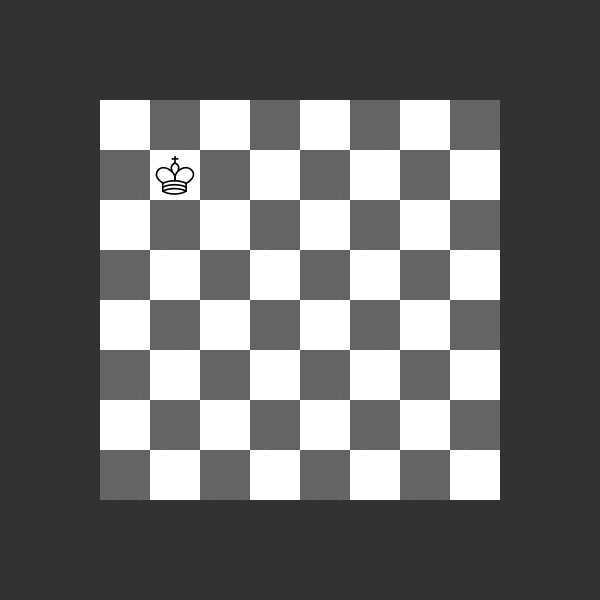
Repository: a-longe/capstone
Script's output: python engine/pygame_board.py
The author's editor kept a copy of each file at every save. The script's output is drawn from the files as they stood at one save, then again after a run of saves.
The window is shown after at most 60 frames with no key pressed. Random numbers start from a fixed seed. It also reads engine/images/btile.png, engine/images/wK.png, engine/images/wtile.png.

Above is the script's output before, as saved 2023-11-25 16:45:09.

### engine/pygame_board.py
import pygame as pg
from my_utils import row_index_to_legend
from my_utils import is_odd, column_letter_to_index
from os import path, environ
from sys import exit

WINDOW_WIDTH = 600
WINDOW_HEIGHT = 600

SQUARE_SIZE = 50

BOARD_SIZE = 8

BG_COLOR = (50, 50, 50)

a8, a7, a6, a5, a4, a3, a2, a1 = (100, 100), (100, 150), (100, 200), (100, 250), (100, 300), (100, 350), (100, 400), (100, 450)
b8, b7, b6, b5, b4, b3, b2, b1 = (150, 100), (150, 150), (150, 200), (150, 250), (150, 300), (150, 350), (150, 400), (150, 450)
c8, c7, c6, c5, c4, c3, c2, c1 = (200, 100), (200, 150), (200, 200), (200, 250), (200, 300), (200, 350), (200, 400), (200, 450)
d8, d7, d6, d5, d4, d3, d2, d1 = (250, 100), (250, 150), (250, 200), (250, 250), (250, 300), (250, 350), (250, 400), (250, 450)
e8, e7, e6, e5, e4, e3, e2, e1 = (300, 100), (300, 150), (300, 200), (300, 250), (300, 300), (300, 350), (300, 400), (300, 450)
f8, f7, f6, f5, f4, f3, f2, f1 = (350, 100), (350, 150), (350, 200), (350, 250), (350, 300), (350, 350), (350, 400), (350, 450)
g8, g7, g6, g5, g4, g3, g2, g1 = (400, 100), (400, 150), (400, 200), (400, 250), (400, 300), (400, 350), (400, 400), (400, 450)
h8, h7, h6, h5, h4, h3, h2, h1 = (450, 100), (450, 150), (450, 200), (450, 250), (450, 300), (450, 350), (450, 400), (450, 450)

BOARD_RECT = (
    (a8, b8, c8, d8, e8, f8, g8, h8),
    (a7, b7, c7, d7, e7, f7, g7, h7),
    (a6, b6, c6, d6, e6, f6, g6, h6),
    (a5, b5, c5, d5, e5, f5, g5, h5),
    (a4, b4, c4, d4, e4, f4, g4, h4),
    (a3, b3, c3, d3, e3, f3, g3, h3),
    (a2, b2, c2, d2, e2, f2, g2, h2),
    (a1, b1, c1, d1, e1, f1, g1, h1)
)


IMAGE_DIR = path.join(path.dirname(path.abspath(__file__)), 'images')

w_tile_img = pg.image.load(path.join(IMAGE_DIR, 'wtile.png'))
b_tile_img = pg.image.load(path.join(IMAGE_DIR, 'btile.png'))

fps = pg.time.Clock()

def get_piece_img(glyph:str) -> pg.Surface:
    if glyph.isupper():
        color = 'w'
    else:
        color = 'b'
    piece_type = glyph.upper()
    return pg.image.load(path.join(IMAGE_DIR, f"{color}{piece_type}.png"))

def create_checkerboard() -> pg.Surface:
    checkerboard = pg.display.set_mode((WINDOW_WIDTH, WINDOW_HEIGHT))
    checkerboard.fill(BG_COLOR)
    for i in range(1, BOARD_SIZE + 1):
        for j in range(1, BOARD_SIZE + 1):
            if is_odd(i):
                if is_odd(j):
                    checkerboard.blit(w_tile_img, BOARD_RECT[i - 1][j - 1])
                else:
                    checkerboard.blit(b_tile_img, BOARD_RECT[i - 1][j - 1])
            elif not is_odd(i):
                if is_odd(j):
                    checkerboard.blit(b_tile_img, BOARD_RECT[i - 1][j - 1])
                else:
                    checkerboard.blit(w_tile_img, BOARD_RECT[i - 1][j - 1])
    return checkerboard

def board_position_to_cords(position:str) -> tuple[int, int]:
    column, row = position[0], int(position[1])
    board_rect_row_index = 8 - row
    board_rect_column_index = column_letter_to_index[column]
    coordinates = BOARD_RECT[board_rect_row_index][board_rect_column_index]
    return coordinates


def cords_to_board_position(x, y) -> str:
    is_found = False
    board_cords = BOARD_RECT
    row_location:int = 0
    square_location:int = 0
    for row_index, row in enumerate(board_cords):
        if is_found: break
        for square_index, square in enumerate(row):
            x_min = square[0]
            y_min = square[1]
            x_max = x_min + SQUARE_SIZE
            y_max = y_min + SQUARE_SIZE
            # print(f"x: {x_min} <= {x} < {x_max}")
            # print(f"y: {y_min} <= {y} < {y_max}")
            # print(f"cords: {square}")
            if x >= x_min and x < x_max:
                if y >= y_min and y < y_max:
                    is_found = True
                    row_location = row_index
                    square_location = square_index
                    break
    if not is_found: return "OOB"
    # convert location_indecies into a string
    # print(row_location, square_location)
    return f'{row_index_to_legend[square_location]}{8 - (row_location)}'


def display_piece(surface:pg.Surface, glyph:str, cords:tuple[int, int]) -> None:
    piece_img = get_piece_img(glyph)
    surface.blit(piece_img, cords)

def get_mouse_pos() -> tuple[int, int]:
    return pg.mouse.get_pos()

def terminate():
    pg.quit()
    exit()


def check_for_quit():
    for _ in pg.event.get(pg.QUIT): # rust am i right
        terminate()
    for event in pg.event.get(pg.KEYUP):
        if event.key == pg.K_ESCAPE:
            terminate()
        pg.event.post(event)


if __name__ == '__main__':
    environ['SDL_VIDEO_CENTERED'] = '1'
    pg.init()
    checkerboard = create_checkerboard()
    display_piece(checkerboard, 'K', board_position_to_cords('b7'))
    while True:
        if pg.mouse.get_pressed()[0]:
            print(get_mouse_pos())
            checkerboard = create_checkerboard()
            display_piece(checkerboard, 'q', board_position_to_cords('b6'))
            display_piece(checkerboard, 'P', get_mouse_pos())

        check_for_quit()
        pg.display.update()
        fps.tick()

### engine/my_utils.py
row_index_to_legend = {
	0:8,
	1:7,
	2:6,
	3:5,
	4:4,
	5:3,
	6:2,
	7:1
}

row_legend_to_index = {v:k for (k,v) in row_index_to_legend.items()}

column_index_to_letter = {
	0: 'a',
	1: 'b',
	2: 'c',
	3: 'd',
	4: 'e',
	5: 'f',
	6: 'g',
	7: 'h'
}

column_letter_to_index = {v:k for (k, v) in column_index_to_letter.items()}

def is_odd(num:int) -> bool:
    return num % 2 != 0

After the next 2 saves:
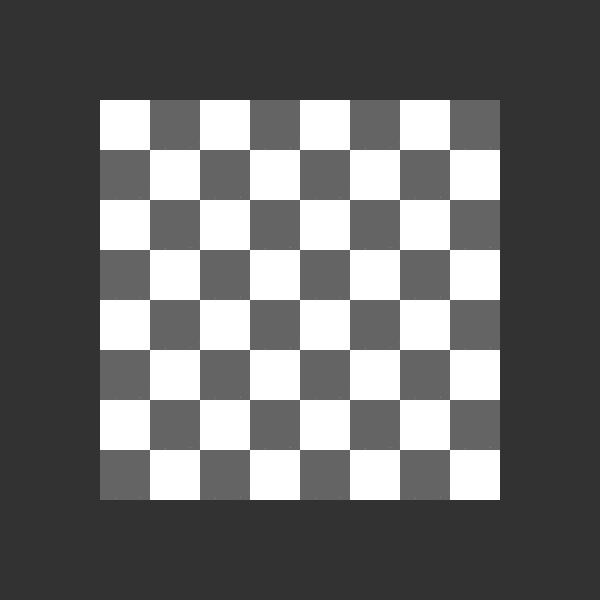
The 2 saves are shown as one change because 1 did not build or start.
The last was saved 62 min 17 s later.
--- a/engine/pygame_board.py
+++ b/engine/pygame_board.py
@@ -125,12 +125,14 @@ def check_for_quit():
 if __name__ == '__main__':
     environ['SDL_VIDEO_CENTERED'] = '1'
     pg.init()
-    checkerboard = create_checkerboard()
+    CHECKER_BASE = create_checkerboard()
+    checkerboard = pg.Surface((WINDOW_WIDTH, WINDOW_HEIGHT))
+    checkerboard.blit(CHECKER_BASE, (0, 0))
     display_piece(checkerboard, 'K', board_position_to_cords('b7'))
     while True:
         if pg.mouse.get_pressed()[0]:
             print(get_mouse_pos())
-            checkerboard = create_checkerboard()
+            checkerboard.blit
             display_piece(checkerboard, 'q', board_position_to_cords('b6'))
             display_piece(checkerboard, 'P', get_mouse_pos())
 
